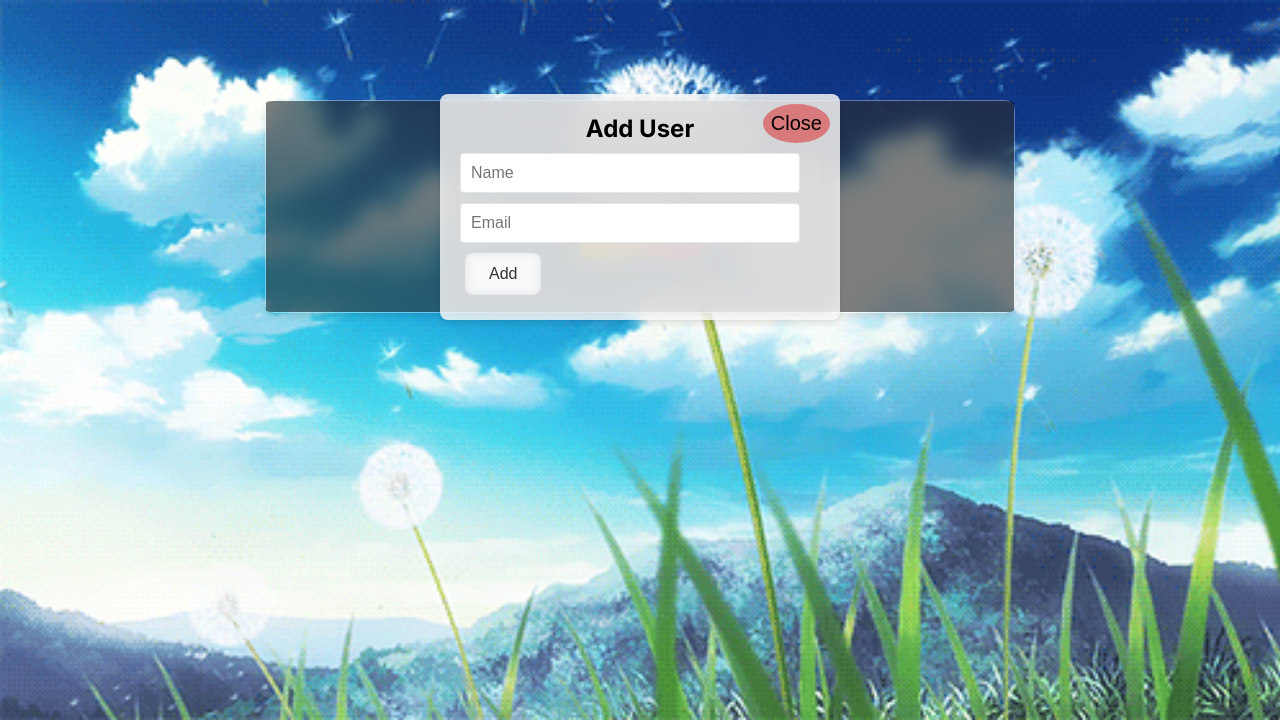
Repository: EeeeeEyyyy/crud-proj
Page: /, after clicking the first element matching `#add-n`
These files come from the project's save history. The page is drawn as it stood at one moment and after the next save; the edit follows.
The browser window is 1280 px wide. The pictures show the whole page.
The page's requests for data from a server got no answer. The project was rebuilt for these pictures with package versions that can differ from the ones it lists, and the page was loaded fresh each time. The framework's server and built-in components were replaced by stand-ins that run in the browser. No one was signed in, and anything a server would have sent is missing. Also part of the build but not shown: next.config.mjs.

Above is the page before, as saved 2024-06-25 08:58:02.

### src/app/page.js
"use client";

import React, { useEffect, useState } from "react";
import axios from "axios";

const Page = () => {
  const [users, setUsers] = useState([]);
  const [isCreateModalOpen, setCreateModalOpen] = useState(false);
  const [isUpdateModalOpen, setUpdateModalOpen] = useState(false);
  const [isDeleteModalOpen, setDeleteModalOpen] = useState(false);
  const [selectedUser, setSelectedUser] = useState(null);
  const [newUser, setNewUser] = useState({ name: "", email: "" });

  useEffect(() => {
    fetchUsers();
  }, []);

  const fetchUsers = async () => {
    try {
      const response = await axios.get(
        "https://jsonplaceholder.typicode.com/users"
      );
      setUsers(response.data);
    } catch (error) {
      console.error("Error fetching users:", error);
    }
  };

  const addUser = async () => {
    try {
      const response = await axios.post(
        "https://jsonplaceholder.typicode.com/users",
        newUser
      );
      setUsers([...users, response.data]);
      setCreateModalOpen(false);
    } catch (error) {
      console.error("Error adding user:", error);
    }
  };

  const updateUser = async (id) => {
    try {
      const response = await axios.put(
        `https://jsonplaceholder.typicode.com/users/${id}`,
        selectedUser
      );
      setUsers(users.map((user) => (user.id === id ? response.data : user)));
      setUpdateModalOpen(false);
    } catch (error) {
      console.error("Error updating user:", error);
    }
  };

  const deleteUser = async (id) => {
    try {
      await axios.delete(`https://jsonplaceholder.typicode.com/users/${id}`);
      setUsers(users.filter((user) => user.id !== id));
      setDeleteModalOpen(false);
    } catch (error) {
      console.error("Error deleting user:", error);
    }
  };

  const openCreateModal = () => {
    setNewUser({ name: "", email: "" });
    setCreateModalOpen(true);
  };

  const closeCreateModal = () => {
    setCreateModalOpen(false);
  };

  const openUpdateModal = (user) => {
    setSelectedUser(user);
    setUpdateModalOpen(true);
  };

  const closeUpdateModal = () => {
    setSelectedUser(null);
    setUpdateModalOpen(false);
  };

  const openDeleteModal = (user) => {
    setSelectedUser(user);
    setDeleteModalOpen(true);
  };

  const closeDeleteModal = () => {
    setSelectedUser(null);
    setDeleteModalOpen(false);
  };

  const handleGoToHome = () => {
    router.push("/");
  };

  return (
    <div className="container">
      <h1>User Management</h1>
      <div className="Add-me">
        <button
          onClick={openCreateModal}
          className="glassButton-add"
          id="add-n"
        >
          Add User
        </button>
      </div>
      <ul>
        {users.map((user) => (
          <li key={user.id}>
            {user.name} - {user.email}
            <div className="buttones">
              {" "}
              <button
                onClick={() => openUpdateModal(user)}
                className="glassButton"
                id="update-n"
              >
                Update
              </button>
              <button
                onClick={() => openDeleteModal(user)}
                className="glassButton"
                id="delete-n"
              >
                Delete
              </button>
            </div>
          </li>
        ))}
      </ul>
      {isCreateModalOpen && (
        <div className="modalOverlay">
          <div className="modal">
            <h2>Add User</h2>
            <input
              type="text"
              placeholder="Name"
              value={newUser.name}
              onChange={(e) => setNewUser({ ...newUser, name: e.target.value })}
            />
            <input
              type="email"
              placeholder="Email"
              value={newUser.email}
              onChange={(e) =>
                setNewUser({ ...newUser, email: e.target.value })
              }
            />
            <button onClick={addUser} className="glassButton">
              Add
            </button>
            <button onClick={closeCreateModal} className="closeButton">
              Close
            </button>
          </div>
        </div>
      )}
      {isUpdateModalOpen && selectedUser && (
        <div className="modalOverlay">
          <div className="modal">
            <h2>Update User</h2>
            <input
              type="text"
              placeholder="Name"
              value={selectedUser.name}
              onChange={(e) =>
                setSelectedUser({ ...selectedUser, name: e.target.value })
              }
            />
            <input
              type="email"
              placeholder="Email"
              value={selectedUser.email}
              onChange={(e) =>
                setSelectedUser({ ...selectedUser, email: e.target.value })
              }
            />
            <button
              onClick={() => updateUser(selectedUser.id)}
              className="glassButton"
            >
              Update
            </button>
            <button onClick={closeUpdateModal} className="closeButton">
              Close
            </button>
          </div>
        </div>
      )}
      {isDeleteModalOpen && selectedUser && (
        <div className="modalOverlay">
          <div className="modal">
            <h2>Are you sure you want to delete {selectedUser.name}?</h2>
            <button
              onClick={() => deleteUser(selectedUser.id)}
              className="glassButton"
            >
              Yes
            </button>
            <button onClick={closeDeleteModal} className="closeButton">
              No
            </button>
          </div>
        </div>
      )}
    </div>
  );
};
export default Page;

### src/app/globals.css
* {
  box-sizing: border-box;
  padding: 0;
  margin: 0;
}
html,
body {
  max-width: 100vw;
  overflow-x: hidden;
  background: url(g.gif);
  background-size: cover;
  height: 100%;
  margin: 0;
  padding: 0;
  font-family: Georgia, "Times New Roman", Times, serif;
}
a {
  color: inherit;
  text-decoration: none;
}
.main {
  display: flex;
  flex-direction: column;
  justify-content: space-between;
  align-items: center;
  padding: 6rem;
  min-height: 100vh;
}
.description {
  display: inherit;
  justify-content: inherit;
  align-items: inherit;
  font-size: 0.85rem;
  max-width: var(--max-width);
  width: 100%;
  z-index: 2;
  font-family: var(--font-mono);
}
.description a {
  display: flex;
  justify-content: center;
  align-items: center;
  gap: 0.5rem;
}
.description p {
  position: relative;
  margin: 0;
  padding: 1rem;
  background-color: rgba(var(--callout-rgb), 0.5);
  border: 1px solid rgba(var(--callout-border-rgb), 0.3);
  border-radius: var(--border-radius);
}
.code {
  font-weight: 700;
  font-family: var(--font-mono);
}
.grid {
  display: grid;
  grid-template-columns: repeat(4, minmax(25%, auto));
  max-width: 100%;
  width: var(--max-width);
}
.card {
  padding: 1rem 1.2rem;
  border-radius: var(--border-radius);
  background: rgba(var(--card-rgb), 0);
  border: 1px solid rgba(var(--card-border-rgb), 0);
  transition: background 200ms, border 200ms;
}
.card span {
  display: inline-block;
  transition: transform 200ms;
}

.card h2 {
  font-weight: 600;
  margin-bottom: 0.7rem;
}
.card p {
  margin: 0;
  opacity: 0.6;
  font-size: 0.9rem;
  line-height: 1.5;
  max-width: 30ch;
  text-wrap: balance;
}
.center {
  display: flex;
  justify-content: center;
  align-items: center;
  position: relative;
  padding: 4rem 0;
}
.center::before {
  background: var(--secondary-glow);
  border-radius: 50%;
  width: 480px;
  height: 360px;
  margin-left: -400px;
}
.center::after {
  background: var(--primary-glow);
  width: 240px;
  height: 180px;
  z-index: -1;
}
.center::before,
.center::after {
  content: "";
  left: 50%;
  position: absolute;
  filter: blur(45px);
  transform: translateZ(0);
}
.logo {
  position: relative;
}
/* Enable hover only on non-touch devices */
@media (hover: hover) and (pointer: fine) {
  .card:hover {
    background: rgba(var(--card-rgb), 0.1);
    border: 1px solid rgba(var(--card-border-rgb), 0.15);
  }
  .card:hover span {
    transform: translateX(4px);
  }
}
@media (prefers-reduced-motion) {
  .card:hover span {
    transform: none;
  }
}
/* Mobile */
@media (max-width: 700px) {
  .content {
    padding: 4rem;
  }
  .grid {
    grid-template-columns: 1fr;
    margin-bottom: 120px;
    max-width: 320px;
    text-align: center;
  }
  .card {
    padding: 1rem 2.5rem;
  }

  .card h2 {
    margin-bottom: 0.5rem;
  }

  .center {
    padding: 8rem 0 6rem;
  }

  .center::before {
    transform: none;
    height: 300px;
  }

  .description {
    font-size: 0.8rem;
  }

  .description a {
    padding: 1rem;
  }

  .description p,
  .description div {
    display: flex;
    justify-content: center;
    position: fixed;
    width: 100%;
  }

  .description p {
    align-items: center;
    inset: 0 0 auto;
    padding: 2rem 1rem 1.4rem;
    border-radius: 0;
    border: none;
    border-bottom: 1px solid rgba(var(--callout-border-rgb), 0.25);
    background: linear-gradient(
      to bottom,
      rgba(var(--background-start-rgb), 1),
      rgba(var(--callout-rgb), 0.5)
    );
    background-clip: padding-box;
    backdrop-filter: blur(24px);
  }

  .description div {
    align-items: flex-end;
    pointer-events: none;
    inset: auto 0 0;
    padding: 2rem;
    height: 200px;
    background: linear-gradient(
      to bottom,
      transparent 0%,
      rgb(var(--background-end-rgb)) 40%
    );
    z-index: 1;
  }
}

/* Tablet and Smaller Desktop */
@media (min-width: 701px) and (max-width: 1120px) {
  .grid {
    grid-template-columns: repeat(2, 50%);
  }
}

@media (prefers-color-scheme: dark) {
  .vercelLogo {
    filter: invert(1);
  }

  .logo {
    filter: invert(1) drop-shadow(0 0 0.3rem #ffffff70);
  }
}

@keyframes rotate {
  from {
    transform: rotate(360deg);
  }
  to {
    transform: rotate(0deg);
  }
}

h1 {
  font-size: 2em;
  margin-bottom: 20px;
  color: #333;
}

/* Glass Button Styles */
.glassButton {
  background: rgba(255, 255, 255, 0.2);
  border: none;
  padding: 12px 24px;
  font-size: 16px;
  color: #7f0c0c;
  cursor: pointer;
  outline: none;
  transition: background-color 0.3s ease, transform 0.3s ease;
  backdrop-filter: blur(5px);
  border-radius: 8px;
  margin: 5px;
  display: flex;
  flex-direction: row;
  align-items: center;
}

.glassButton:hover {
  background: rgba(255, 255, 255, 0.3);
  transform: scale(1.05);
}

/* Modal Styles */
.modalOverlay {
  position: fixed;
  top: 0;
  left: 0;
  right: 0;
  bottom: 0;
  background-color: rgba(0, 0, 0, 0.5);
  display: flex;
  justify-content: center;
  align-items: center;
  z-index: 1000;
}

.modal {
  background: rgba(255, 255, 255, 0.8);
  padding: 20px;
  border-radius: 8px;
  width: 400px;
  max-width: 90%;
  box-shadow: 0 4px 6px rgba(0, 0, 0, 0.1);
  backdrop-filter: blur(10px);
  position: relative;
}

.closeButton {
  background: rgba(255, 255, 255, 0.5);
  padding: 8px;
  border-radius: 50%;
  border: none;
  font-size: 20px;
  cursor: pointer;
  position: absolute;
  top: 10px;
  right: 10px;
  transition: background-color 0.3s ease;
}

.closeButton:hover {
  background: rgba(255, 255, 255, 0.8);
}

/* List Styles */
ul {
  list-style-type: none;
  padding: 0;
}

li {
  display: flex;
  justify-content: space-between;
  align-items: center;
  padding: 10px;
  border-bottom: 1px solid rgba(0, 0, 0, 0.1);
  color: #333;
}

/* Input Styles */
input {
  display: block;
  width: calc(100% - 20px);
  margin: 10px 0;
  padding: 10px;
  border: 1px solid rgba(0, 0, 0, 0.1);
  border-radius: 4px;
  font-size: 16px;
}
.container {
  max-width: 750px;
  margin: 100px auto;
  padding: 50px;
  background: rgba(255, 255, 255, 0.2);
  border: 1px solid rgba(255, 255, 255, 0.18);
  border-radius: 10px;
  backdrop-filter: blur(10px);
  box-shadow: 0 4px 6px rgba(0, 0, 0, 0.1);
  text-align: center;
}
h1 {
  font-size: 2em;
  margin-bottom: 20px;
  color: #333;
}
.glassButton {
  display: flex;
  flex-direction: row;
  align-items: center;
  gap: 30px;
  background: rgba(255, 255, 255, 0.2);
  border: none;
  padding: 12px 24px;
  font-size: 16px;
  color: #333;
  cursor: pointer;
  outline: none;
  transition: background-color 0.3s ease, transform 0.3s ease;
  backdrop-filter: blur(5px);
  border-radius: 8px;
  margin: 5px;
}
.glassButton-add {
  display: flex;
  flex-direction: row;
  align-items: center;
  gap: 30px;
  background: #17f3ff33;
  border: none;
  padding: 12px 24px;
  font-size: 16px;
  color: #333;
  cursor: pointer;
  outline: none;
  transition: background-color 0.3s ease, transform 0.3s ease;
  backdrop-filter: blur(5px);
  border-radius: 8px;
  margin: 5px;
}
.glassButton:hover {
  background: rgba(255, 255, 255, 0.3);
  transform: scale(1.05);
}
.modalOverlay {
  position: fixed;
  top: 0;
  left: 0;
  right: 0;
  bottom: 0;
  background-color: rgba(0, 0, 0, 0.5);
  display: flex;
  justify-content: center;
  align-items: center;
  z-index: 1000;
  size: 50px;

  border-radius: 1%;
}
.modal {
  background: rgba(255, 255, 255, 0.8);
  padding: 20px;
  border-radius: 8px;
  width: 400px;
  max-width: 90%;
  box-shadow: 0 4px 6px rgba(0, 0, 0, 0.1);
  backdrop-filter: blur(10px);
  position: fixed;
}
.closeButton {
  background: rgba(224, 35, 35, 0.5);
  padding: 8px;
  border-radius: 50%;
  border: none;
  font-size: 20px;
  cursor: pointer;
  position: absolute;
  top: 10px;
  right: 10px;
  transition: background-color 0.3s ease;
}
.closeButton:hover {
  background: rgba(255, 255, 255, 0.8);
}
ul {
  list-style-type: none;
  padding: 0;
}
li {
  display: flex;
  justify-content: space-between;
  align-items: center;
  padding: 10px;
  border-bottom: 1px solid rgba(0, 0, 0, 0.1);
  color: #333;
}
input {
  display: block;
  width: calc(100% - 20px);
  margin: 10px 0;
  padding: 10px;
  border: 1px solid rgba(0, 0, 0, 0.1);
  border-radius: 4px;
  font-size: 16px;
}
.Add-me {
  text-align: center;
  display: flex;
  justify-content: center;
}

.buttones {
  display: flex;
  justify-content: space-between;
}
#delete-n {
  background: linear-gradient(45deg, rgb(255, 0, 0), rgba(54, 6, 78, 0.441));
  font-weight: bold;
  color: rgb(7, 0, 107);
}
#update-n {
  background: linear-gradient(45deg, rgb(182, 4, 247), rgb(18, 161, 111));
  font-weight: bold;
  color: beige;
}
#add-n {
  font-weight: bold;
  background: linear-gradient(45deg, rgb(235, 190, 9), rgb(193, 57, 163));
  color: aquamarine;
}

Loaded but not shown: src/app/layout.js (common file)

After the next save:
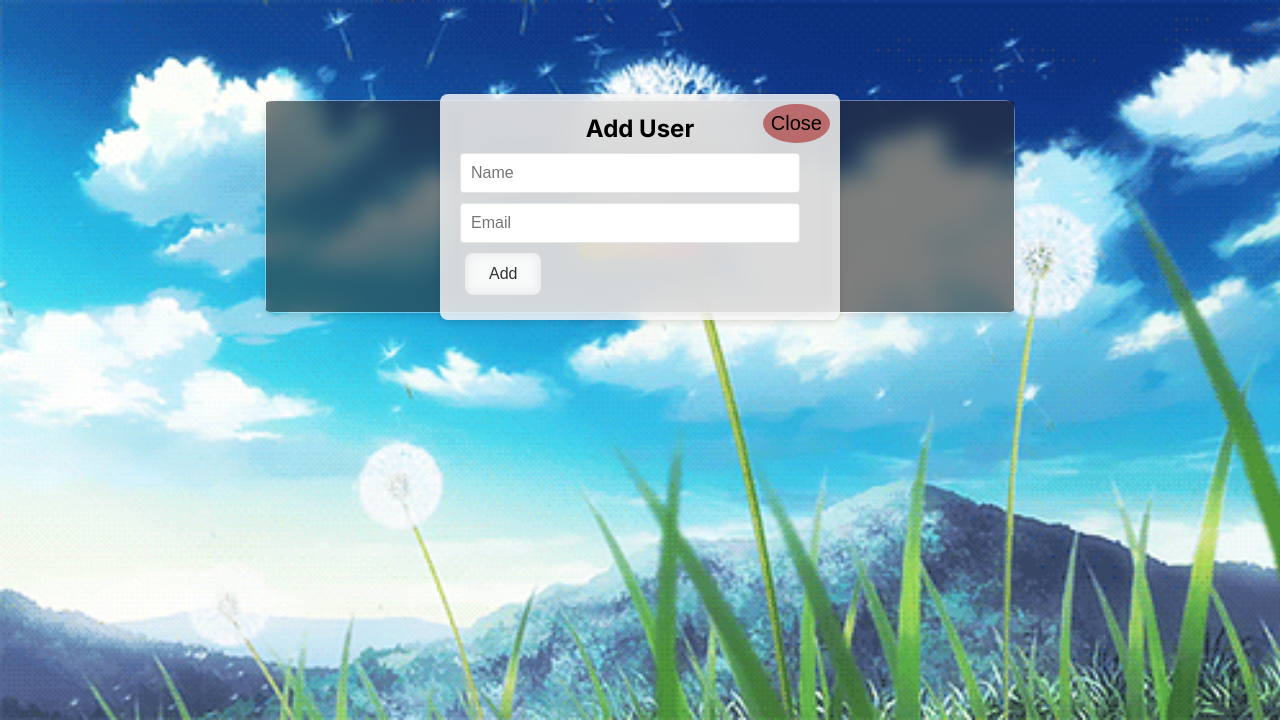
Saved 5 s later.
--- a/src/app/globals.css
+++ b/src/app/globals.css
@@ -407,7 +407,7 @@ h1 {
   position: fixed;
 }
 .closeButton {
-  background: rgba(224, 35, 35, 0.5);
+  background: rgba(162, 5, 5, 0.5);
   padding: 8px;
   border-radius: 50%;
   border: none;
